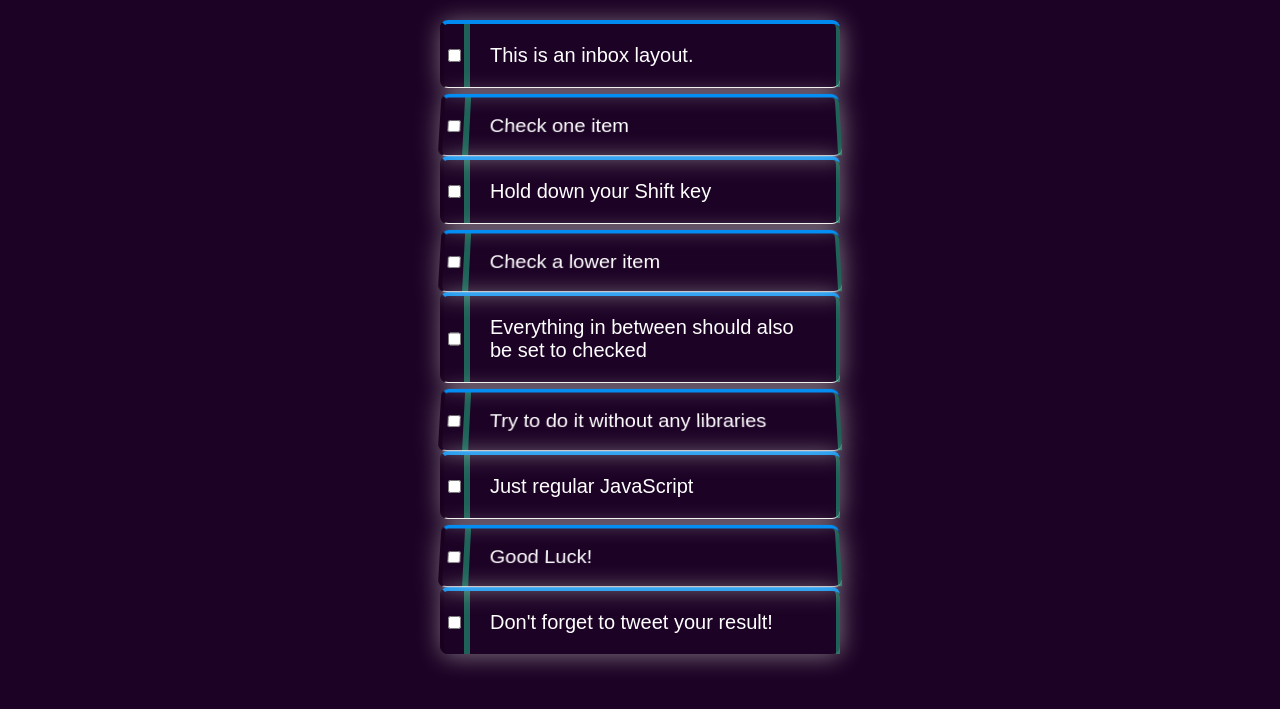
Repository: Freezler/Shift-Select-Checkboxes
Page: index.html
The author's editor kept a copy of each file at every save. The page is drawn from the files as they stood at one save, then again after the next save.
The browser window is 1280 px wide. The pictures show the whole page.

Above is the page before, as saved 2024-09-07 23:07:46.

After the next save:
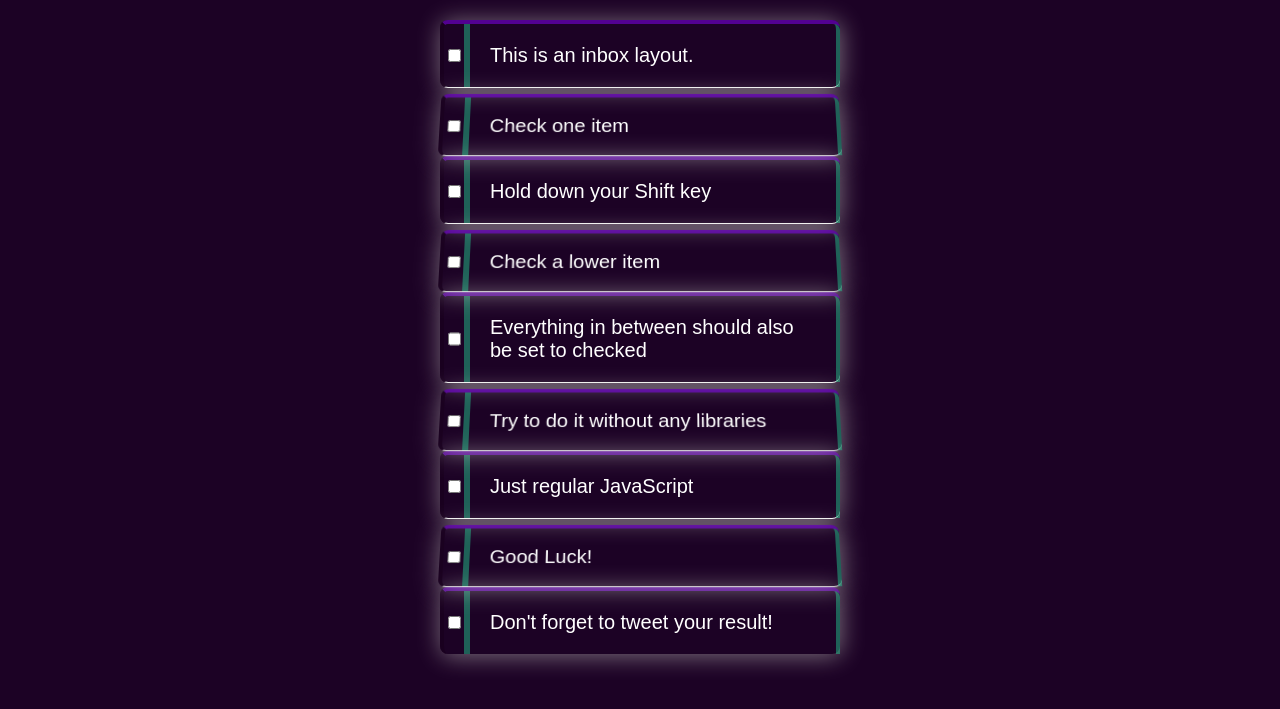
Saved 11 s later.
--- a/index.html
+++ b/index.html
@@ -40,7 +40,7 @@
       transition: all 0.3s ease-in-out;
       border-inline-start: 4px solid var(--border-color);
 
-      border-block-start: 4px solid rgba(0, 149, 255, 0.939);
+      border-block-start: 4px solid rgba(136, 0, 255, 0.497);
       box-shadow: 1px 2px 24px rgba(244, 249, 232, 0.447);
       border-bottom: 1px solid #F1F1F1;
       color: white;
